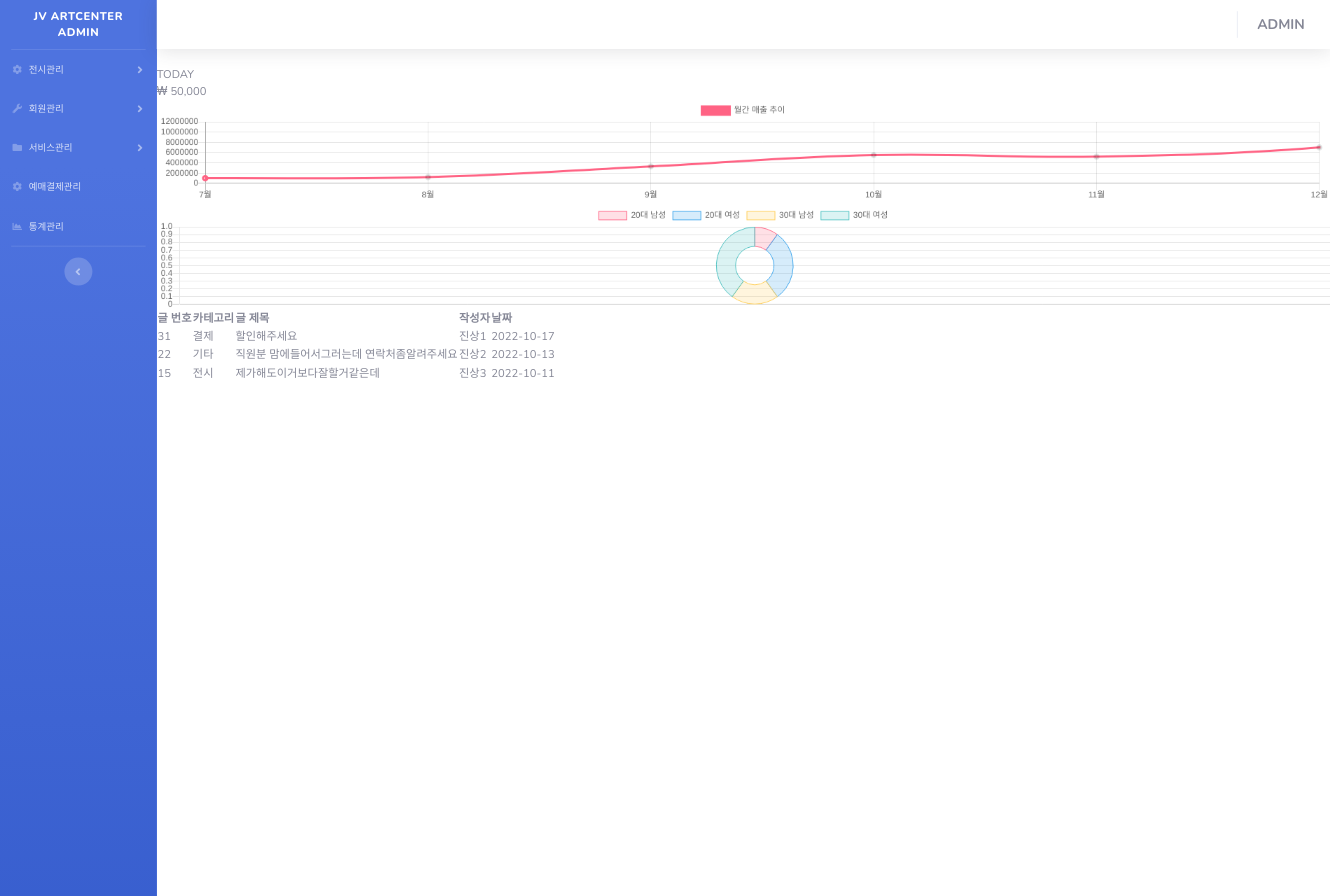
Repository: pshysd/SEMI_PROJECT
Page: http://localhost/JVArtCenter/views/admin/adminMain.jsp
An editor plug-in stored every save of this project. The page is shown before and after the next save, followed by the edit.
The browser window is 1280 px wide. The page is 1900 px wide, so the pictures cover 1900 px, including what lies to the right of the window. The pictures show the part of the page from y = 0 to 1280 px (the page is 2400 px tall), at 70% of full size.
Some web libraries are served in a nearby version. The page is served by Tomcat 9. Nobody is signed in. The application's start-up code is not run. Other server files are loaded and not shown.

Above is the page before, as saved 2022-10-27 09:12:10.
Console error: TypeError: Cannot read properties of null (reading 'length')

### JVArtCenter/WebContent/views/admin/adminMain.jsp
<%@ page language="java" contentType="text/html; charset=UTF-8"
	pageEncoding="UTF-8"%>
<!DOCTYPE html>
<html lang="en">

<head>
<meta charset="utf-8">
<meta http-equiv="X-UA-Compatible" content="IE=edge">
<meta name="viewport"
	content="width=device-width, initial-scale=1, shrink-to-fit=no">
<meta name="description" content="">
<meta name="author" content="">

<title>JV 관리자 페이지</title>

<!-- JQuery CDN -->
<script src="http://code.jquery.com/jquery-latest.min.js"></script>

<!-- chart.js CDN (차트 api) -->
<script
	src="https://cdnjs.cloudflare.com/ajax/libs/Chart.js/2.4.0/Chart.min.js"></script>

<!-- swiper.js CDN (이미지 스와이프 api) -->
<link rel="stylesheet"
	href="https://unpkg.com/swiper/swiper-bundle.min.css" />
<!-- <script src="https://unpkg.com/swiper/swiper-bundle.min.js"></script> -->

<!-- 아이콘/글씨체 링크-->
<link href="../../resources/vendor/fontawesome-free/css/all.min.css"
	rel="stylesheet" type="text/css">
<link
	href="https://fonts.googleapis.com/css?family=Nunito:200,200i,300,300i,400,400i,600,600i,700,700i,800,800i,900,900i"
	rel="stylesheet">

<!-- CSS -->
<link href="../../resources/css/sb-admin-2.min.css" rel="stylesheet">

<style>
/* ---------- 전체 스타일 ---------- */
/* 영역 사이즈 고정 */
.wrapper {
	width: 1900px;
	/* 각자 필요한 길이만큼 height 속성값 수정해서 길이 조정 */
	height: 2400px;
}

/* 1:1문의 커서 갖다대면 바뀌는거 */
.qnaTitle:hover {
	cursor: pointer;
	font-weight: bold;
}

#content-wrapper #accordionSidebar {
	width: 224px;
}

#content-wrapper {
	width: 1676px;
}

#accordionSidebar, #content-wrapper {
	float: left;
	height: 100%;
}
</style>
</head>

<body>
	<div class="wrapper">

		<%@ include file="adminSidebar.jsp"%>

		<!-- Content Wrapper -->
		<div id="content-wrapper" class="d-flex flex-column">

			<!-- content 영역 시작 -->
			<div id="content">

				<%@ include file="adminTopbar.jsp"%>

				<div id="admin_contents">
					<!-- 첫번째 줄 // 뭔 매출이였지 일단 오늘 -->
					<div class="rows">
						<div id="today">TODAY</div>
						<div id="todayee">₩ 50,000</div>
					</div>

					<!-- 두번째 줄 // 월간 매출, 성별별 통계 -->
					<div class="rows">
						<div class="barChart">
							<canvas id="perMonth"></canvas>
						</div>
						<div class="circleChart">
							<canvas id="gender"></canvas>
						</div>
					</div>
					<!-- 차트 js영역 -->
					<script type="text/javascript">
									var lineContext = document.getElementById('perMonth')
										.getContext('2d');
									var perMonth = new Chart(lineContext, {
										type: 'line', // 차트의 형태
										data: { // 차트에 들어갈 데이터
											labels: [
												//x 축
												'7월', '8월', '9월', '10월', '11월', '12월'],
											datasets: [{ //데이터
												label: '월간 매출 추이', //차트 제목
												fill: false, // line 형태일 때, 선 안쪽을 채우는지 안채우는지
												data: [1000000, 1200000, 3300000,
													5500000, 5200000, 7000000, 12000000 //x축 label에 대응되는 데이터 값
												],
												backgroundColor: [
													//색상
													'rgba(255, 99, 132, 0.2)'],
												borderColor: [
													//경계선 색상
													'rgba(255, 99, 132, 1)'],
												//경계선 굵기
												borderWidth: 3
											}]
										},
										options: {
											maintainAspectRatio: false,
											scales: {
												yAxes: [{
													ticks: {
														beginAtZero: true
													}
												}]
											}
										}
									});
									var CircleContext = document.getElementById('gender')
										.getContext('2d');
									var gender = new Chart(CircleContext, {
										type: 'doughnut', // 차트의 형태
										data: { // 차트에 들어갈 데이터
											labels: [
												//x 축
												'20대 남성', '20대 여성', '30대 남성', '30대 여성'],
											datasets: [{ //데이터
												label: '성별별 예매율', //차트 제목
												fill: false, // line 형태일 때, 선 안쪽을 채우는지 안채우는지
												data: [10, 30, 20, 40 //x축 label에 대응되는 데이터 값
												],
												backgroundColor: [
													//색상
													'rgba(255, 99, 132, 0.2)',
													'rgba(54, 162, 235, 0.2)',
													'rgba(255, 206, 86, 0.2)',
													'rgba(75, 192, 192, 0.2)',
													'rgba(153, 102, 255, 0.2)',
													'rgba(255, 159, 64, 0.2)'],
												borderColor: [
													//경계선 색상
													'rgba(255, 99, 132, 1)',
													'rgba(54, 162, 235, 1)',
													'rgba(255, 206, 86, 1)',
													'rgba(75, 192, 192, 1)',
													'rgba(153, 102, 255, 1)',
													'rgba(255, 159, 64, 1)'],
												borderWidth: 1
												//경계선 굵기
											}]
										},
										options: {
											maintainAspectRatio: false,
											scales: {
												yAxes: [{
													ticks: {
														beginAtZero: true
													}
												}]
											}
										}
									});
								</script>
					<!-- 세번째 줄 // 답변 대기중인 1:1 문의
						-> 글 제목 클릭 시 상세페이지
					-->
					<div>
						<table>
							<thead>
								<tr>
									<th>글 번호</th>
									<th>카테고리</th>
									<th>글 제목</th>
									<th>작성자</th>
									<th>날짜</th>
								</tr>
							</thead>
							<tbody>
								<tr>
									<td>31</td>
									<td>결제</td>
									<td class="qnaTitle">할인해주세요</td>
									<td>진상1</td>
									<td>2022-10-17</td>
								</tr>
								<tr>
									<td>22</td>
									<td>기타</td>
									<td class="qnaTitle">직원분 맘에들어서그러는데 연락처좀알려주세요</td>
									<td>진상2</td>
									<td>2022-10-13</td>
								</tr>
								<tr>
									<td>15</td>
									<td>전시</td>
									<td class="qnaTitle">제가해도이거보다잘할거같은데</td>
									<td>진상3</td>
									<td>2022-10-11</td>
								</tr>
							</tbody>
						</table>
					</div>

					<script>
									const qnaTitles = document.querySelectorAll('.qnaTitle');

									qnaTitles.forEach(item => {
										item.addEventListener('click', onClickHandler);
									})

									function onClickHandler(event) {
										const qno = event.currentTarget.previousElementSibling.previousElementSibling.textContent;
										// 제이쿼리 못써서 지저분함니다 정리가능하신분 정리바람의나라

										location.href="/jv/detail.qna?qno="+qno;
									}
					</script>
				</div>

			</div>
			<!-- content 영역 끝 -->
		</div>
		<!-- End of Content Wrapper -->

	</div>

	<%@ include file="adminScript.html"%>

</body>

</html>

### JVArtCenter/WebContent/views/admin/adminSidebar.jsp
<%@ page language="java" contentType="text/html; charset=UTF-8"
    pageEncoding="UTF-8"%>
<!-- 사이드메뉴바 -->
<ul class="navbar-nav bg-gradient-primary sidebar sidebar-dark accordion" id="accordionSidebar">

    <!-- Sidebar - Brand -->
    <a class="sidebar-brand d-flex align-items-center justify-content-center" href="index.html">

        <div class="sidebar-brand-text mx-3">JV artcenter admin</div>
    </a>
    <div class="sidebar-brand-icon rotate-n-15">
    </div>
    <!-- Divider -->
    <hr class="sidebar-divider my-0">



    <!-- 전시관리 메뉴 -->
    <li class="nav-item">
        <a class="nav-link collapsed" href="" data-toggle="collapse" data-target="#collapseTwo"
            aria-expanded="true" aria-controls="collapseTwo">
            <i class="fas fa-fw fa-cog"></i>
            <span>전시관리</span>
        </a>
        <div id="collapseTwo" class="collapse" aria-labelledby="headingTwo" data-parent="#accordionSidebar">
            <div class="bg-white py-2 collapse-inner rounded">
                <a class="collapse-item" href="">전시 목록</a>
                <a class="collapse-item" href="">전시 추가</a>
            </div>
        </div>
    </li>



    <!-- 회원관리 메뉴 -->
    <li class="nav-item">
        <a class="nav-link collapsed" href="" data-toggle="collapse" data-target="#collapseUtilities"
            aria-expanded="true" aria-controls="collapseUtilities">
            <i class="fas fa-fw fa-wrench"></i>
            <span>회원관리</span>
        </a>
        <div id="collapseUtilities" class="collapse" aria-labelledby="headingUtilities"
            data-parent="#accordionSidebar">
            <div class="bg-white py-2 collapse-inner rounded">

                <a class="collapse-item" href="">회원 정보 조회</a>

            </div>
        </div>
    </li>



    <!-- 서비스관리 메뉴 -->
    <li class="nav-item">
        <a class="nav-link collapsed" href="" data-toggle="collapse" data-target="#collapsePages"
            aria-expanded="true" aria-controls="collapsePages">
            <i class="fas fa-fw fa-folder"></i>
            <span>서비스관리</span>
        </a>
        <div id="collapsePages" class="collapse" aria-labelledby="headingPages" data-parent="#accordionSidebar">
            <div class="bg-white py-2 collapse-inner rounded">
                <h6 class="collapse-header">Login Screens:</h6>
                <a class="collapse-item" href="">공지사항 목록</a>
                <a class="collapse-item" href="">뉴스레터 목록</a>
                <a class="collapse-item" href="">1대1문의 목록</a>
                <a class="collapse-item" href="">리뷰목록</a>
            </div>
        </div>
    </li>

    <!--예매/결제관리 메뉴-->
    <li class="nav-item">
        <a class="nav-link collapsed" href="" data-target="#collapseTwo"
            aria-expanded="true" aria-controls="collapseTwo">
            <i class="fas fa-fw fa-cog"></i>
            <span>예매결제관리</span>
        </a>
    </li>

    <!-- 통계 >메뉴로 넣을지 메인에 넣을지 고민중-->
    <li class="nav-item">
        <a class="nav-link" href="">
            <i class="fas fa-fw fa-chart-area"></i>
            <span>통계관리</span></a>
    </li>

    <!-- Divider -->
    <hr class="sidebar-divider d-none d-md-block">

    <!-- Sidebar Toggler (Sidebar) -->
    <div class="text-center d-none d-md-inline">
        <button class="rounded-circle border-0" id="sidebarToggle"></button>
    </div>

</ul>
<!-- 사이드메뉴바 끝 -->

### JVArtCenter/WebContent/views/admin/adminTopbar.jsp
<%@ page language="java" contentType="text/html; charset=UTF-8"
    pageEncoding="UTF-8"%>
<!-- 상단바 -->
<nav class="navbar navbar-expand navbar-light bg-white topbar mb-4 static-top shadow" id="adminTopbar">

    <!-- Sidebar Toggle (Topbar) -->
    <button id="sidebarToggleTop" class="btn btn-link d-md-none rounded-circle mr-3">
        <i class="fa fa-bars"></i>
    </button>

    <ul class="navbar-nav ml-auto">
        <div class="topbar-divider d-none d-sm-block"></div>

        <!-- 관리자 아이콘 -->
        <li class="nav-item dropdown no-arrow">
            <a class="nav-link dropdown-toggle" href="#" id="userDropdown" role="button"
                data-toggle="dropdown" aria-haspopup="true" aria-expanded="false">
                <span class="mr-2 d-none d-lg-inline text-gray-600 small" style="margin-right: 30px; font-size: 20px;"><b>ADMIN</b></span>
            </a>
        </li>
    </ul>
</nav>
<!-- 상단바 끝-->

### JVArtCenter/WebContent/views/admin/adminScript.html
<!-- Bootstrap core JavaScript-->
<script src="../../resources/vendor/jquery/jquery.min.js"></script>
<script src="../../resources/vendor/bootstrap/js/bootstrap.bundle.min.js"></script>

<!-- Core plugin JavaScript-->
<script src="../../resources/vendor/jquery-easing/jquery.easing.min.js"></script>

<!-- Custom scripts for all pages-->
<script src="../../resources/js/sb-admin-2.min.js"></script>

<!-- Page level plugins -->
<script src="../../resources/vendor/chart.js/Chart.min.js"></script>

<!-- Page level custom scripts -->
<script src="../../resources/js/demo/chart-area-demo.js"></script>
<script src="../../resources/js/demo/chart-pie-demo.js"></script>

Loaded but not shown: JVArtCenter/WebContent/resources/css/sb-admin-2.min.css (library); JVArtCenter/WebContent/resources/js/sb-admin-2.min.js (common file); JVArtCenter/WebContent/resources/js/demo/chart-area-demo.js (common file); JVArtCenter/WebContent/resources/js/demo/chart-pie-demo.js (common file)

After the next save:
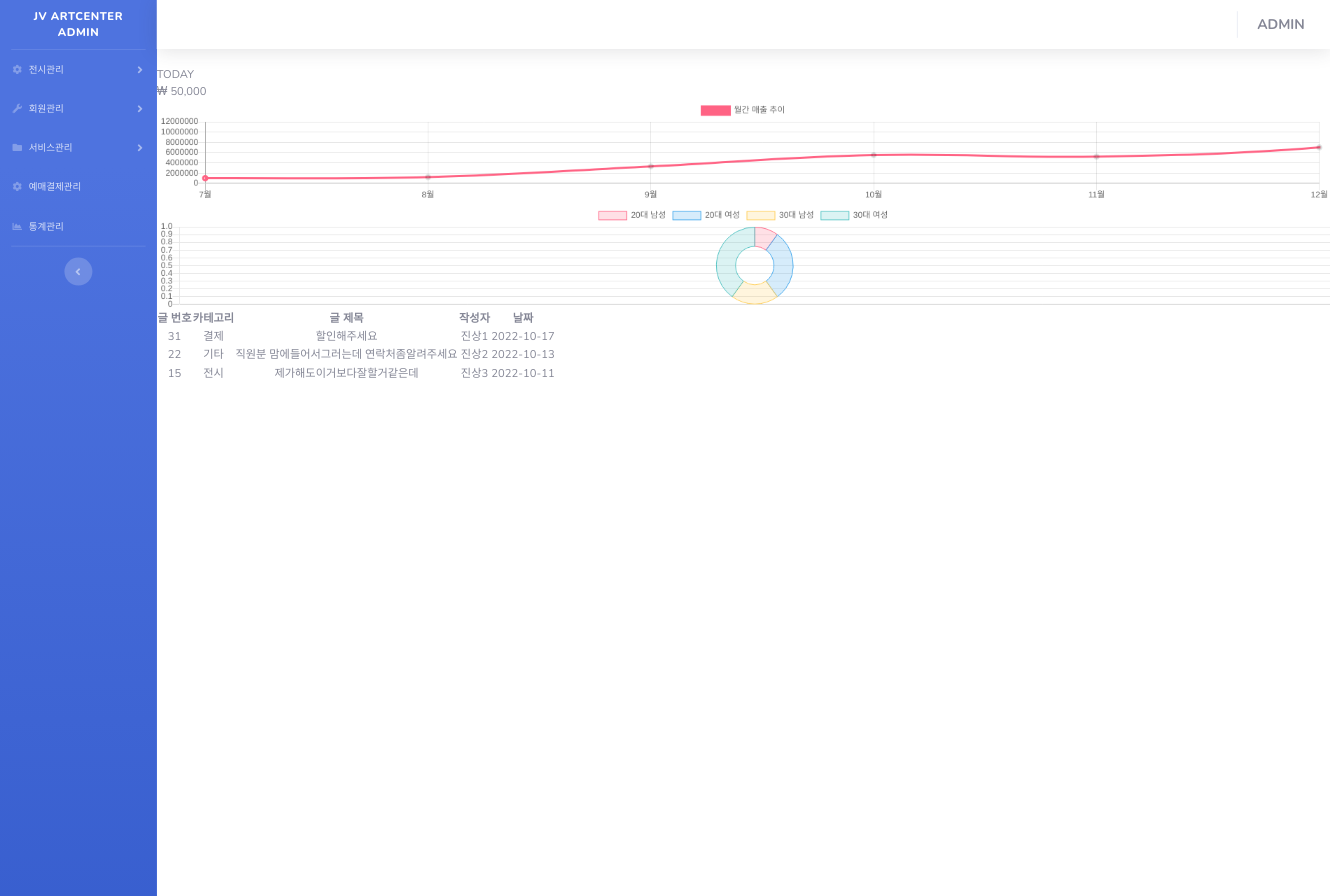
Saved 14 s later.
--- a/JVArtCenter/WebContent/views/admin/adminMain.jsp
+++ b/JVArtCenter/WebContent/views/admin/adminMain.jsp
@@ -180,7 +180,7 @@
 						-> 글 제목 클릭 시 상세페이지
 					-->
 					<div>
-						<table>
+						<table style="text-align:center;">
 							<thead>
 								<tr>
 									<th>글 번호</th>
